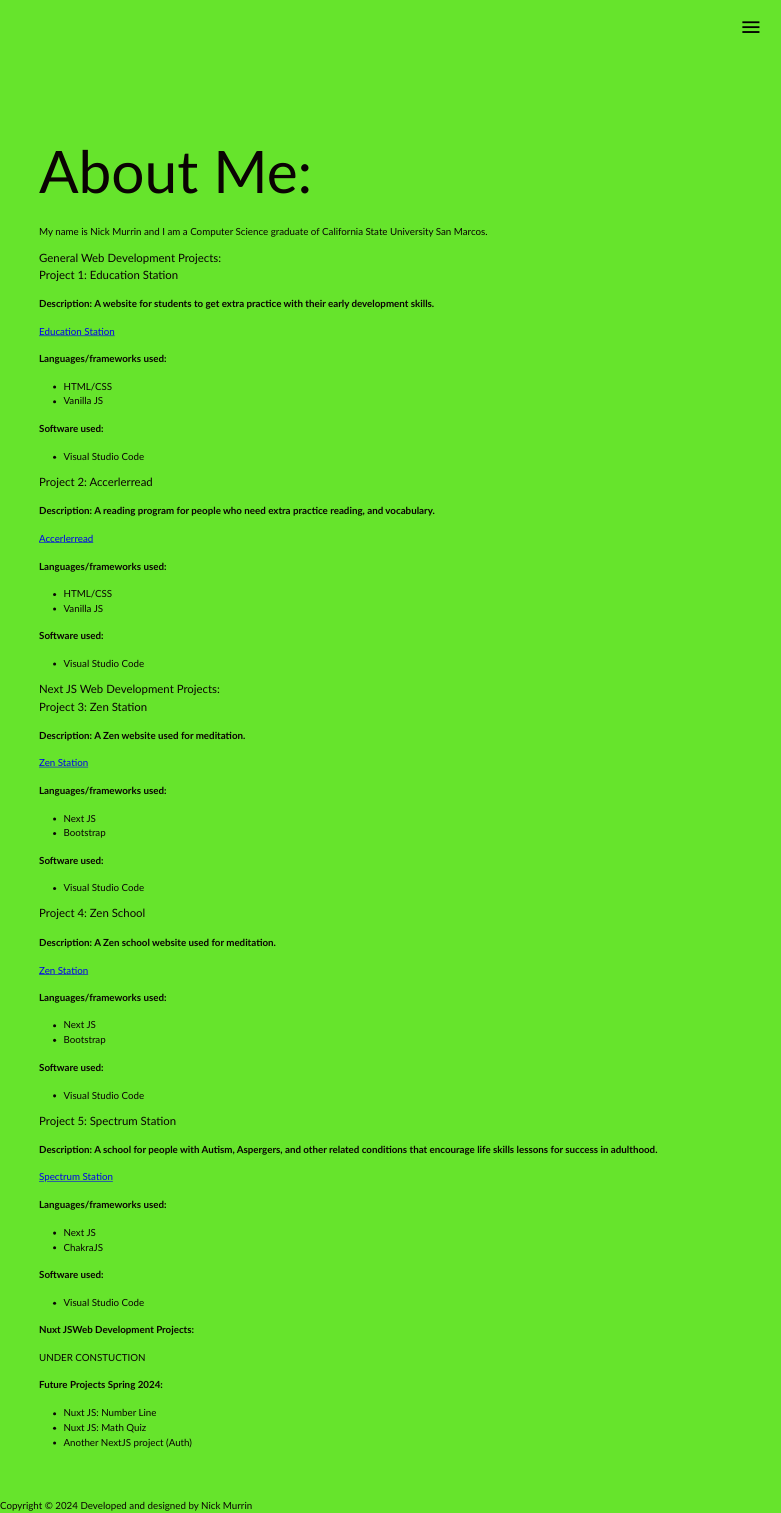
Repository: collegedude9300/modernport
Page: about.html
The author's editor kept a copy of each file at every save. The page is drawn from the files as they stood at one save, then again after the next save.
The browser window is 1280 px wide. The pictures show the whole page, at 61% of full size.

Above is the page before, as saved 2024-01-14 12:45:25.

### about.html
<!DOCTYPE html>
<html lang="en">
<head>
  <meta charset="UTF-8">
  <meta name="viewport" content="width=device-width, initial-scale=1.0">
  <meta http-equiv="X-UA-Compatible" content="ie=edge">
  <link rel="stylesheet" href="css/main.css">
  <title>Portfolio</title>
</head>
<body>
<header>
<div class="menu-btn">
<div class="btn-line"></div>
<div class="btn-line"></div>
<div class="btn-line"></div>
</div>

<nav class="menu">
<div class="menu-branding">
<div class="portrait"></div>
</div>

<ul class="menu-nav">
<li class="nav-item">
<a href="index.html" class="nav-link">
Home
</a>
</li>

<li class="nav-item current">
<a href="about.html" class="nav-link">
About Me
</a>
</li>



<li class="nav-item">
<a href="contact.html" class="nav-link">
Contact Me
</a>
</li>
</ul>
</nav>
</header>
<main id="home">

<h1 class="lg-heading">
About Me:
</h1>
    <div class="about-info">
    <div class="bio">
      <p>My name is Nick Murrin and I am a Computer Science graduate of California State University San Marcos. </p>
      <h3> General Web Development Projects:</h3>
      </div>
      <div class="project1">
        <h3>Project 1: Education Station </h3>
        <h4>Description: A website for students to get extra practice with their early development skills.</h4>
        <a href="https://educationstation.vercel.app/ "/>Education Station </a>
<h4> Languages/frameworks used: </h4>
<ul>
  <li>HTML/CSS</li>
  <li>Vanilla JS </li>
</ul>
<h4> Software used: </h4>
<ul>
<li> Visual Studio Code  </li>
</ul>
      </div>
      <div class="project2">
        <h3>Project 2: Accerlerread</h3>
        <h4>Description: A reading program for people who need extra practice reading, and vocabulary. </h4>
        <a href="https://accelerread.vercel.app/"/> Accerlerread </a>
    <h4> Languages/frameworks used: </h4>
    <ul>
      <li>HTML/CSS</li>
      <li>Vanilla JS </li>
    </ul>
    <h4> Software used: </h4>
    <ul>
    <li> Visual Studio Code  </li>
    </ul>
      </div>
      <h3>   Next JS Web Development Projects:</h3>
<div class="project3">
        <h3>Project 3: Zen Station</h3>
        <h4>Description: A Zen website used for meditation.</h4>
        <a href="https://zenstationnext.vercel.app/"/> Zen Station </a>
<h4> Languages/frameworks used: </h4>
<ul>
  <li>Next JS</li>
  <li>Bootstrap</li>
</ul>
<h4> Software used: </h4>
<ul>
<li> Visual Studio Code  </li>
</ul>
      </div>

      <div class="project4">
        <h3>Project 4: Zen School</h3>
        <h4>Description: A Zen school website used for meditation.</h4>
        <a href="https://zenschool.vercel.app/"/> Zen Station </a>
<h4> Languages/frameworks used: </h4>
<ul>
  <li>Next JS</li>
  <li>Bootstrap</li>
</ul>
<h4> Software used: </h4>
<ul>
<li> Visual Studio Code  </li>
</ul>
      </div>
      <div class="project5">
        <h3>Project 5: Spectrum Station</h3>
        <h4>Description: A school for people with Autism, Aspergers, and other related conditions that encourage life skills lessons for success in adulthood.</h4>
        <a href="https://spectrumstation.vercel.app/"/> Spectrum Station </a>
<h4> Languages/frameworks used: </h4>
<ul>
  <li>Next JS</li>
  <li>ChakraJS</li>
</ul>
<h4> Software used: </h4>
<ul>
<li> Visual Studio Code  </li>
</ul>
      </div>
      <h4>  Nuxt JSWeb Development Projects:</h4>
      <p> UNDER CONSTUCTION </p>
<h4> Future Projects Spring 2024:  </h4>
<ul>
  <li> Nuxt JS: Number Line </li>
  <li> Nuxt JS: Math Quiz </li>
  <li> Another NextJS project (Auth) </li>
  </ul>

</div>
</div>
</main>
  <footer id="main-footer">
  Copyright &copy; 2024
  Developed and designed by Nick Murrin
  </footer>
<script src="js/main.js"> </script>
</body>
</html>

### css/main.css
.menu-btn {
  position: absolute;
  z-index: 3;
  right: 35px;
  top: 35px;
  cursor: pointer;
  transition: all 0.5s ease-out; }
  .menu-btn .btn-line {
    width: 28px;
    height: 3px;
    margin: 0 0 5px 0;
    background: #000;
    transition: all 0.5s ease-out; }
  .menu-btn.close {
    transform: rotate(180deg); }
    .menu-btn.close .btn-line:nth-child(1) {
      transform: rotate(45deg) translate(5px, 5px); }
    .menu-btn.close .btn-line:nth-child(2) {
      opacity: 0; }
    .menu-btn.close .btn-line:nth-child(3) {
      transform: rotate(-45deg) translate(7px, -6px); }

.menu {
  position: fixed;
  top: 0;
  width: 100%;
  opacity: 0.9;
  visibility: hidden; }
  .menu.show {
    visibility: visible; }
  .menu-branding, .menu-nav {
    display: flex;
    flex-flow: column wrap;
    align-items: center;
    justify-content: center;
    float: left;
    width: 50%;
    height: 100vh;
    overflow: hidden; }
  .menu-nav {
    margin: 0;
    padding: 0;
    background: #f6a205;
    list-style: none;
    transform: translate3d(0, -100%, 0);
    transition: all 0.5s ease-out; }
    .menu-nav.show {
      transform: translate3d(0, 0, 0); }
  .menu-branding {
    background: #faac1b;
    transform: translate3d(0, 100%, 0);
    transition: all 0.5s ease-out; }
    .menu-branding.show {
      transform: translate3d(0, 0, 0); }
    .menu-branding .portrait {
      width: 250px;
      height: 250px; }
  .menu .nav-item {
    transform: translate3d(600px, 0, 0);
    transition: all 0.5s ease-out; }
    .menu .nav-item.show {
      transform: translate3d(0, 0, 0); }
  .menu .nav-link {
    display: inline-block;
    position: relative;
    font-size: 30px;
    text-transform: uppercase;
    padding: 1rem 0;
    font-weight: 300;
    color: #000;
    text-decoration: none;
    transition: all 0.5s ease-out; }

.nav-item:nth-child(1) {
  transition-delay: 0.1s; }

.nav-item:nth-child(2) {
  transition-delay: 0.2s; }

.nav-item:nth-child(3) {
  transition-delay: 0.3s; }

.nav-item:nth-child(4) {
  transition-delay: 0.4s; }

@media screen and (min-width: 1171px) {
  .projects {
    grid-template-columns: repeat(4, 1fr); } }

@media screen and (min-width: 769px) and (max-width: 1170px) {
  .projects {
    grid-template-columns: repeat(3, 1fr); } }

@media screen and (max-width: 768px) {
  main {
    align-items: center;
    text-align: center; }
    main .lg-heading {
      line-height: 1;
      margin-bottom: 1rem; }
  ul.menu-nav,
  div.menu-branding {
    float: none;
    width: 100%;
    min-height: 0; }
    ul.menu-nav.show,
    div.menu-branding.show {
      transform: translate3d(0, 0, 0); }
  .menu-nav {
    height: 75vh;
    transform: translate3d(-100%, 0, 0);
    font-size: 24px; }
  .menu-branding {
    height: 25vh;
    transform: translate3d(100%, 0, 0); }
    .menu-branding .portrait {
      width: 150px;
      height: 150px; }
  .about-info {
    grid-template-areas: 'bioimage'
 'bio'
 'job1'
 'job2'
 'job3';
    grid-template-columns: 1fr; }
  .projects {
    grid-template-columns: repeat(2, 1fr); } }

@media screen and (max-width: 500px) {
  main {
    padding: 2rem; }
    main #home h1 {
      margin-top: 10vh; }
    main .lg-heading {
      margin-top: 1rem;
      font-size: 5rem; }
  .projects {
    grid-template-columns: 1fr; } }

* {
  box-sizing: border-box; }

body {
  background: #66e42c;
  color: #0a0303;
  height: 100%;
  margin: 0;
  font-family: 'Trebuchet MS', 'Lucida Sans Unicode', 'Lucida Grande', 'Lucida Sans', Arial, sans-serif;
  line-height: 1.5; }

.transition1 {
  width: 150px;
  height: 150px;
  background: red;
  transition: width 3s; }

.transition2 {
  width: 150px;
  height: 150px;
  background: #12e7ee;
  transition: width 3s; }

.transition3 {
  width: 150px;
  height: 150px;
  background: #e7d918;
  transition: width 3s; }

.transition4 {
  width: 150px;
  height: 150px;
  background: rgba(238, 150, 18, 0.753);
  transition: width 3s; }

.myTitle {
  padding: 50px;
  margin: 20px;
  font-size: 30px;
  font-family: Cambria, Cochin, Georgia, Times, 'Times New Roman', serif;
  color: #1133ca; }

h1, h2, h3 {
  margin: 0;
  font-weight: 400; }

.lg-heading {
  font-size: 6rem; }

header {
  position: relative;
  z-index: 2; }

main {
  padding: 4rem;
  height: 100%; }
  main#home {
    overflow: hidden; }
  main h1 {
    margin-top: 20vh; }

### js/main.js
// Select DOM Items
const menuBtn = document.querySelector('.menu-btn');
const menu = document.querySelector('.menu');
const menuNav = document.querySelector('.menu-nav');
const menuBranding = document.querySelector('.menu-branding');
const navItems = document.querySelectorAll('.nav-item');

// Set Initial State Of Menu
let showMenu = false;

menuBtn.addEventListener('click', toggleMenu);

function toggleMenu() {
  if (!showMenu) {
    menuBtn.classList.add('close');
    menu.classList.add('show');
    menuNav.classList.add('show');
    menuBranding.classList.add('show');
    navItems.forEach(item => item.classList.add('show'));

    // Set Menu State
    showMenu = true;
  } else {
    menuBtn.classList.remove('close');
    menu.classList.remove('show');
    menuNav.classList.remove('show');
    menuBranding.classList.remove('show');
    navItems.forEach(item => item.classList.remove('show'));

    // Set Menu State
    showMenu = false;
  }
}

After the next save:
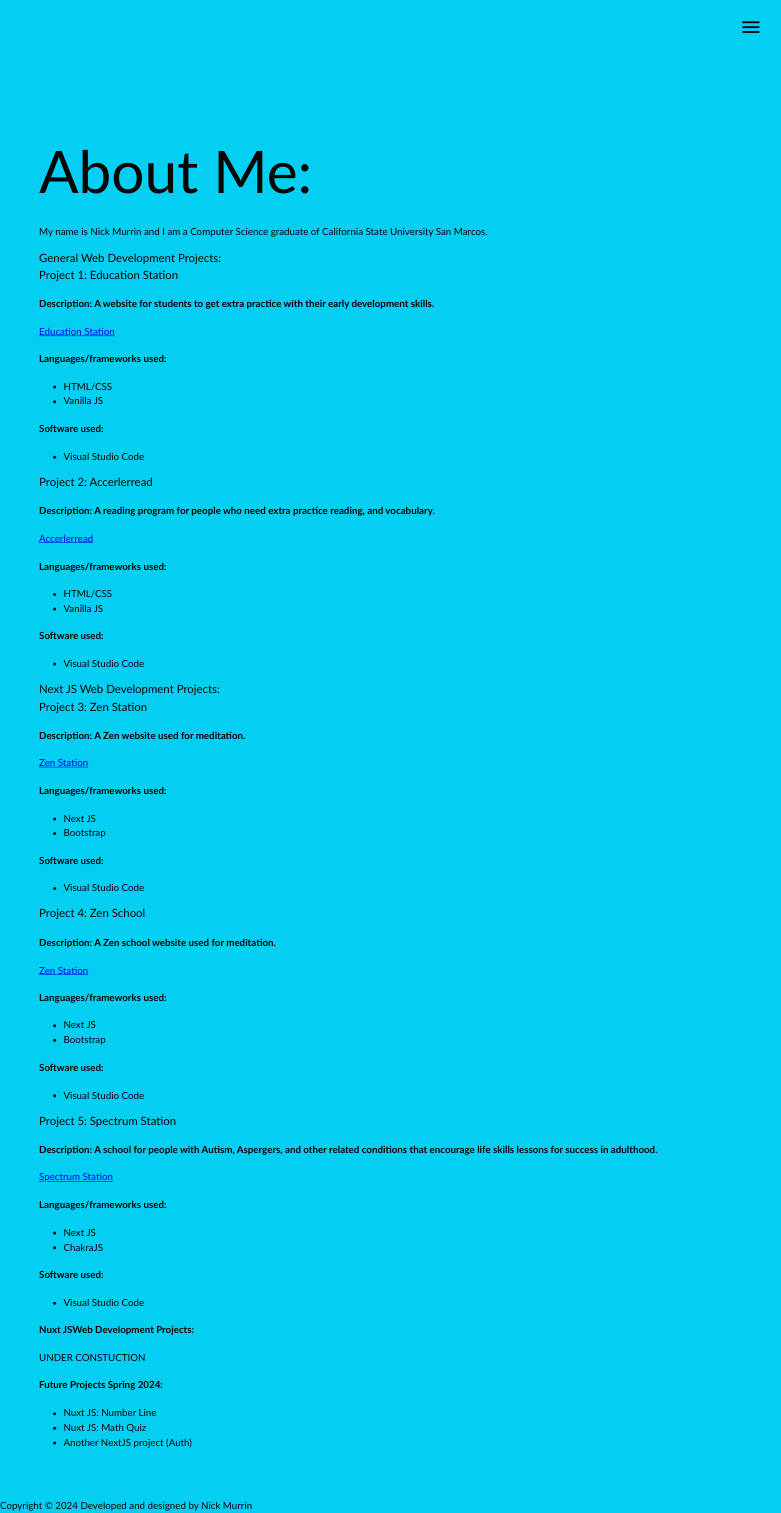
Saved 4 min 37 s later.
--- a/css/main.css
+++ b/css/main.css
@@ -141,7 +141,7 @@
   box-sizing: border-box; }
 
 body {
-  background: #66e42c;
+  background: #03cff3;
   color: #0a0303;
   height: 100%;
   margin: 0;
